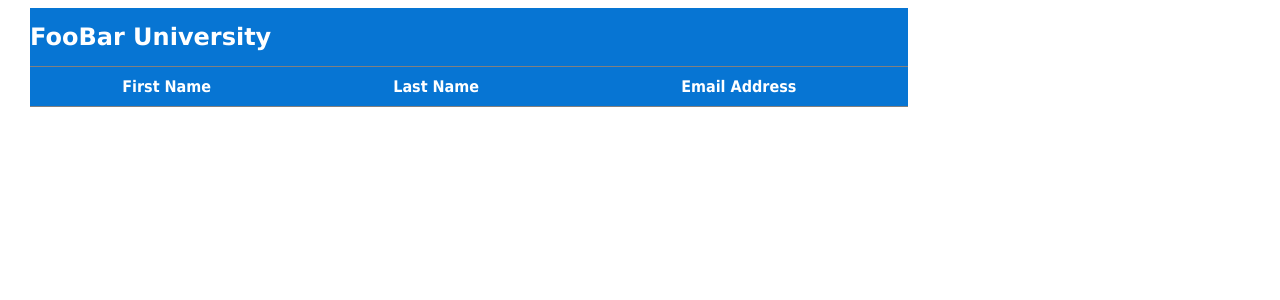
Repository: artiyom/Eclipse-Projects
Page: http://localhost/web-student-tracker/StudentControllerServlet
An editor plug-in stored every save of this project. The page is shown before and after the next save, followed by the edit.
The browser window is 1280 px wide. The pictures show the whole page.
The page is served by Tomcat 9. Other server files are loaded and not shown. Queries for data that is not in the repository find no rows.

Above is the page before, as saved 2018-07-05 07:56:36.

### web-student-tracker/WebContent/list-students.jsp
<%@ page import="java.util.*, com.luv2code.web.jdbc.*" %>
<html>
<head>
<title>Student Tracker App</title>
<link type="text/css" rel="stylesheet" href="css/style.css">
</head>

<%

	List<Student> theStudents = (List<Student>) request.getAttribute("STUDENT_LIST");
%>

<body>
	<div id="wrapper">
		<div id="header">
			<h2>FooBar University</h2>

		</div>


	</div>

	<div id="container">
		<div>
			<table>
				<tr>
					<th>First Name</th>
					<th>Last Name</th>
					<th>Email Address</th>
				</tr>

				<% for (Student theStudent : theStudents) { %>
				<tr>
					<td> <%=theStudent.getFirstName() %> </td>
					<td> <%=theStudent.getLastName() %> </td>
					<td> <%=theStudent.getEmail() %> </td>
				</tr>

				<% } %>


			</table>
		</div>


	</div>

</body>
</html>

### web-student-tracker/src/com/luv2code/web/jdbc/StudentControllerServlet.java
package com.luv2code.web.jdbc;

import java.io.IOException;
import java.util.List;

import javax.annotation.Resource;
import javax.servlet.RequestDispatcher;
import javax.servlet.ServletException;
import javax.servlet.annotation.WebServlet;
import javax.servlet.http.HttpServlet;
import javax.servlet.http.HttpServletRequest;
import javax.servlet.http.HttpServletResponse;
import javax.sql.DataSource;

/**
 * Servlet implementation class StudentControllerServlet
 */
@WebServlet("/StudentControllerServlet")
public class StudentControllerServlet extends HttpServlet {
	private static final long serialVersionUID = 1L;

	private StudentDbUtil studentDbUtil;

	@Resource(name="jdbc/web_student_tracker")
	private DataSource dataSource;



	@Override
	public void init() throws ServletException {
		// TODO Auto-generated method stub
		super.init();

		try {
			studentDbUtil = new StudentDbUtil(dataSource);
		}
		catch (Exception exc) {
			throw new ServletException(exc);
		}
	}



	/**
	 * @see HttpServlet#doGet(HttpServletRequest request, HttpServletResponse response)
	 */
	protected void doGet(HttpServletRequest request, HttpServletResponse response) throws ServletException, IOException {
		try {
			listStudent(request, response);
		} catch (Exception e) {
			// TODO Auto-generated catch block
			e.printStackTrace();
		}
	}



	private void listStudent(HttpServletRequest request, HttpServletResponse response) throws Exception {
		List<Student> students = studentDbUtil.getStudents();
		request.setAttribute("STUDENT_LIST", students);
		RequestDispatcher dispatcher = request.getRequestDispatcher("/list-students.jsp");
		dispatcher.forward(request, response);

	}

}

### web-student-tracker/WebContent/css/style.css
html, body{
	margin-left:15px; margin-right:15px;
	padding:0px;
	font-family:Verdana, Arial, Helvetica, sans-serif;
}

table {
	border-collapse:collapse;
	border-bottom:1px solid gray;
	font-family: Tahoma,Verdana,Segoe,sans-serif;
	width:72%;
}

th {
	border-bottom:1px solid gray;
	background:none repeat scroll 0 0 #0775d3;
	padding:10px;
	color: #FFFFFF;
}

tr {
	border-top:1px solid gray;
	text-align:center;
}

tr:nth-child(even) {background: #FFFFFF}
tr:nth-child(odd) {background: #BBBBBB}

#wrapper {width: 100%; margin-top: 0px; }
#header {width: 72%; background: #0775d3; margin-top: 0px; padding:15px 0px 15px 0px;}
#header h2 {width: 100%; margin:auto; color: #FFFFFF;}
#container {width: 100%; margin:auto}
#container h3 {color: #000;}
#container #content {margin-top: 20px;}

.add-student-button {
	border: 1px solid #666;
	border-radius: 5px;
	padding: 4px;
	font-size: 12px;
	font-weight: bold;
	width: 120px;
	padding: 5px 10px;

	margin-bottom: 15px;
	background: #cccccc;
}

After the next save:
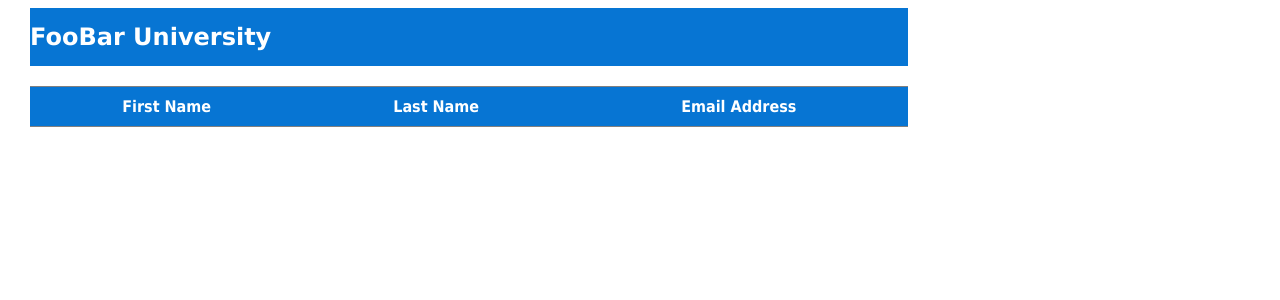
Saved 51 s later.
--- a/web-student-tracker/WebContent/list-students.jsp
+++ b/web-student-tracker/WebContent/list-students.jsp
@@ -21,7 +21,7 @@
 	</div>
 
 	<div id="container">
-		<div>
+		<div id="content">
 			<table>
 				<tr>
 					<th>First Name</th>
